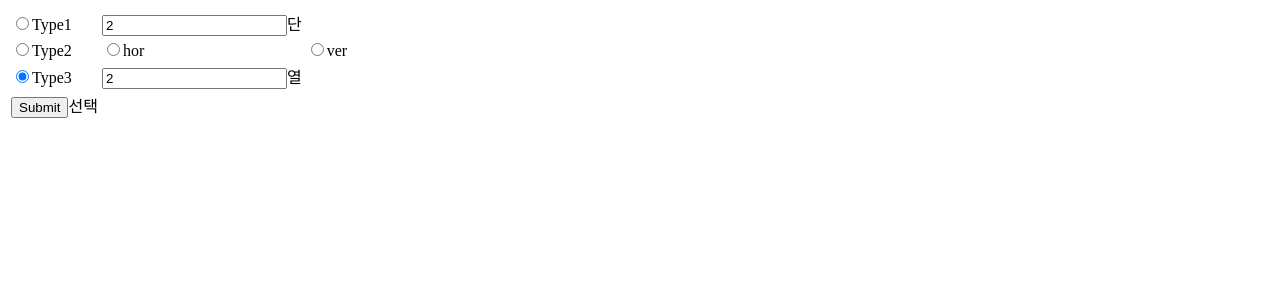
Repository: choikoya/JSP
Page: http://localhost/MissionJSP/gugudanForm.jsp
The author's editor kept a copy of each file at every save. The page is drawn from the files as they stood at one save, then again after the next save.
The browser window is 1280 px wide. The pictures show the whole page.
The page is served by Tomcat 9.

Above is the page before, as saved 2024-06-13 08:10:50.

### MissionJSP/src/main/webapp/gugudanForm.jsp
<%@ page language="java" contentType="text/html; charset=UTF-8"
    pageEncoding="UTF-8"%>

<!DOCTYPE html>
<html>
<head>
<meta charset="UTF-8">
<title>구구단</title>
</head>
<body>
<form action="gugudanProc.jsp">
	<table>
		<tr>
			<td><input type ="radio" name="sel" value="gugudanType" checked>Type1</td>
			<td><input type = "text" name="sel" value="2">단</td>
		</tr>
		<tr>
			<td><input type ="radio" name="sel" value="gugudanType" checked>Type2</td>
			<td><input type ="radio" name="sel" value="gugudanType" checked>hor</td>
			<td><input type ="radio" name="sel" value="gugudanType" checked>ver</td>
		</tr>
		<tr>
			<td><input type ="radio" name="sel" value="gugudanType" checked>Type3</td>
			<td><input type = "text" name="sel" value="2">열</td>
		</tr>
		<tr><td>
			<input type="submit" >선택</input>
		</td></tr>
	</table>

</form>



</body>
</html>

After the next save:
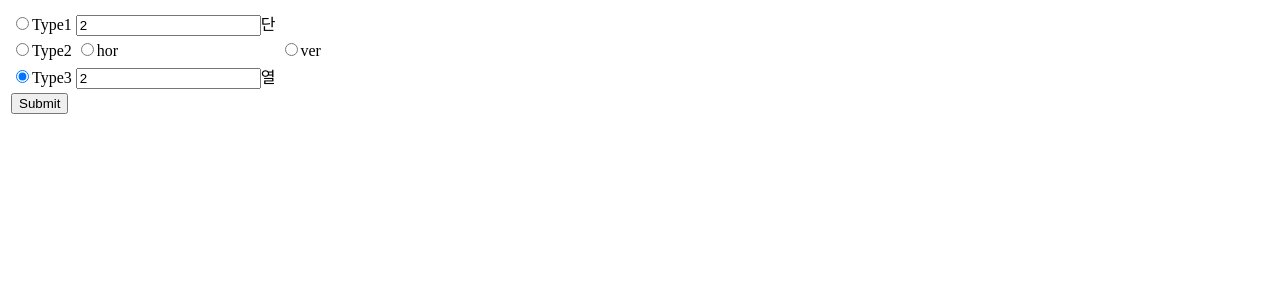
Saved 23 s later.
--- a/MissionJSP/src/main/webapp/gugudanForm.jsp
+++ b/MissionJSP/src/main/webapp/gugudanForm.jsp
@@ -24,7 +24,7 @@
 			<td><input type = "text" name="sel" value="2">열</td>
 		</tr>
 		<tr><td>
-			<input type="submit" >선택</input>
+			<input type="submit" name="선택" ></input>
 		</td></tr>
 	</table>
 
